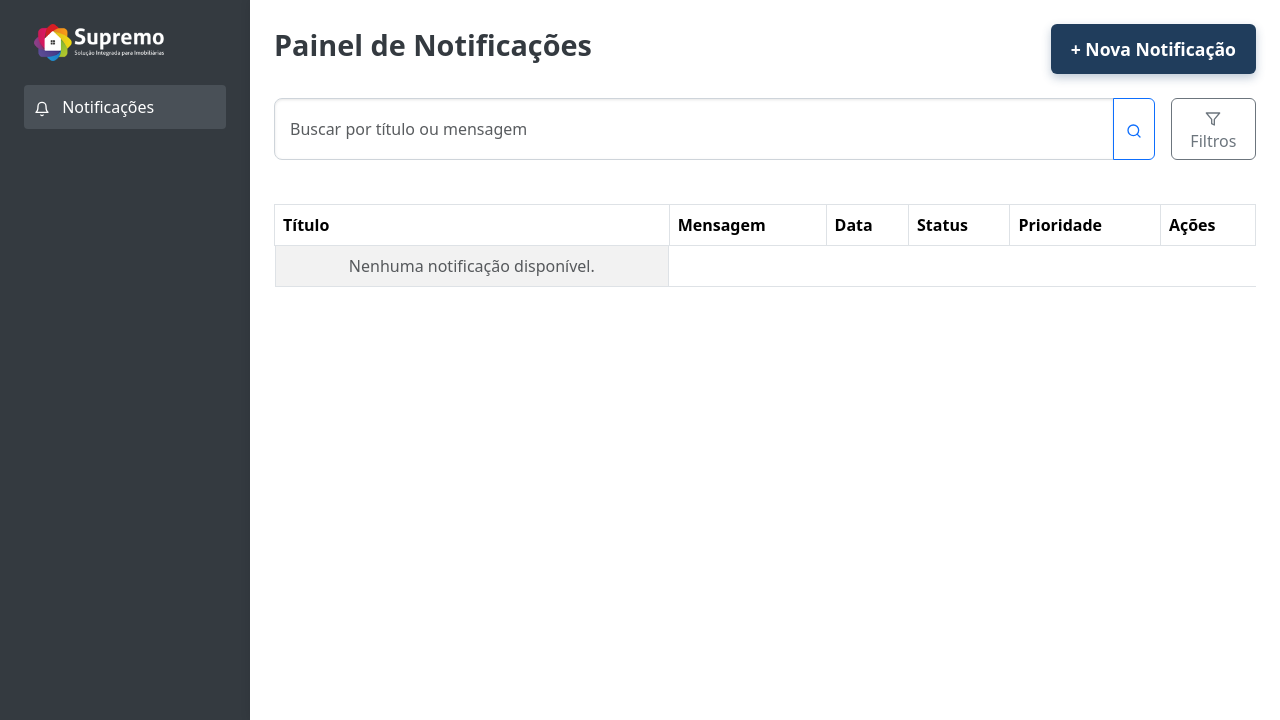
Repository: ryanmarinhodev/Supremo-teste-tecnico
Page: /notifications
An editor plug-in stored every save of this project. The page is shown before and after the next save, followed by the edit.
The browser window is 1280 px wide. The pictures show the whole page.
The project was rebuilt for these pictures with package versions that can differ from the ones it lists, and the page was loaded fresh each time. Also part of the build but not shown: src/App.css, src/Components/Login/index.jsx.

Above is the page before, as saved 2024-11-07 19:47:45.

### src/App.js
import { BrowserRouter, Routes, Route } from "react-router-dom";
import "./App.css";
import Login from "./Components/Login";
import NotificationsPage from "./Components/Notifications/homeNotification";

const App = () => {
  return (
    <BrowserRouter>
      <Routes>
        <Route path="/" element={<Login />} />
        <Route path="/notifications" element={<NotificationsPage />} />
      </Routes>
    </BrowserRouter>
  );
};

export default App;

### src/Components/Notifications/homeNotification.jsx
import React, { useState } from "react";
import Menu from "./menu";
import Buscar from "./buscar";
import TabelaNotificacoes from "./tabelaNotificacoes";
import ModalNotificacao from "./modalNotificacao";
import "./notification.css";
import { Button } from "react-bootstrap";

const HomeNotification = () => {
  const [notifications, setNotifications] = useState([]);
  const [showModal, setShowModal] = useState(false);
  const [search, setSearch] = useState("");
  const [currentNotification, setCurrentNotification] = useState({
    id: null,
    title: "",
    message: "",
    date: "",
    status: "Não Lida",
    priority: "Normal",
  });

  const getCurrentDate = () => {
    const today = new Date();
    return today.toISOString().split("T")[0];
  };

  const openModal = (
    notification = {
      title: "",
      message: "",
      date: getCurrentDate(),
      status: "Não Lida",
      priority: "Normal",
    }
  ) => {
    setCurrentNotification(notification);
    setShowModal(true);
  };

  const closeModal = () => {
    setShowModal(false);
    setCurrentNotification({
      id: null,
      title: "",
      message: "",
      date: getCurrentDate(),
      status: "Não Lida",
      priority: "Normal",
    });
  };

  const handleChange = (e) => {
    const { name, value } = e.target;
    setCurrentNotification((prev) => ({ ...prev, [name]: value }));
  };

  const handleSubmit = () => {
    if (currentNotification.id) {
      setNotifications((prev) =>
        prev.map((notif) =>
          notif.id === currentNotification.id ? currentNotification : notif
        )
      );
    } else {
      setNotifications((prev) => [
        ...prev,
        { ...currentNotification, id: Date.now() },
      ]);
    }
    closeModal();
  };

  const handleDelete = (id) => {
    setNotifications((prev) => prev.filter((notif) => notif.id !== id));
  };

  const markAsRead = (id) => {
    setNotifications((prev) =>
      prev.map((notif) =>
        notif.id === id ? { ...notif, status: "Lida" } : notif
      )
    );
  };

  const filteredNotifications = notifications.filter(
    (notif) =>
      notif.title.toLowerCase().includes(search.toLowerCase()) ||
      notif.message.toLowerCase().includes(search.toLowerCase())
  );
  return (
    <div className="dashboard-container d-flex">
      <Menu />
      <div className="content flex-grow-1 p-4">
        <header className="d-flex justify-content-between align-items-center mb-4">
          <h2 className="page-title">Painel de Notificações</h2>
          <Button variant="primary" onClick={() => openModal()}>
            + Nova Notificação
          </Button>
        </header>

        <Buscar search={search} setSearch={setSearch} />

        <TabelaNotificacoes
          notifications={filteredNotifications}
          openModal={openModal}
          handleDelete={handleDelete}
          markAsRead={markAsRead}
        />

        <ModalNotificacao
          showModal={showModal}
          closeModal={closeModal}
          currentNotification={currentNotification}
          handleChange={handleChange}
          handleSubmit={handleSubmit}
        />
      </div>
    </div>
  );
};

export default HomeNotification;

### src/Components/Login/styles.css
:root {
    --primary-color: #203d5c;
    --secondary-color: #adb5bd;
    --hover-color: #182533;
    --background-overlay: rgba(0, 0, 0, 0.4);
    --box-shadow: 0 4px 10px rgba(47, 84, 122, 0.3);
}

.login-container {
    background: url('https://wallpapers.com/images/hd/4k-architecture-yellow-glass-building-6d7nbmyltxlyxxv8.jpg') no-repeat center center;
    background-size: cover;
    min-height: 100vh;
    padding: 20px;
    display: flex;
    align-items: center;
    justify-content: center;
    position: relative;
}

.login-container::before {
    content: '';
    position: absolute;
    top: 0;
    left: 0;
    right: 0;
    bottom: 0;
    background: var(--background-overlay);
    z-index: 1;
}

.login-card {
    width: 100%;
    max-width: 600px;
    background-color: #ffff;
    border-radius: 12px;
    box-shadow: var(--box-shadow);
    border: 1px solid rgba(0, 0, 0, 0.05);
    transition: transform 0.3s ease, box-shadow 0.3s ease;
    position: relative;
    z-index: 2;
    padding: 40px;
    animation: fadeIn 0.6s ease;
    align-items: center;
    text-align: center;
}

.login-card:hover {
    transform: translateY(-5px);
    box-shadow: 0 15px 40px rgba(0, 0, 0, 0.3);
}


.logo {
    width: 100px;
    height: auto;
    margin-bottom: 20px;
}

.text-center {
    display: flex;
    flex-direction: column;
    align-items: center;
}

.login-title {
    font-size: 2rem;
    font-weight: 700;
    color: #000;
    margin-top: 10px;
    margin-bottom: 10px;
    font-family: 'Poppins', sans-serif;
}

.title-underline {
    width: 60px;
    height: 4px;
    background-color: #495f75;
    margin: 0 auto 20px auto;
    border-radius: 2px;
}

.subtitle {
    font-size: 1rem;
    color: #e0e0e0;
    text-align: center;
    margin-bottom: 30px;
    font-weight: 400;
}


.form-control {
    border-radius: 8px;
    padding: 15px;
    font-size: 1rem;
    border: 1px solid #ced4da;
    box-shadow: inset 0 1px 3px rgba(0, 0, 0, 0.1);
    transition: border-color 0.3s ease, box-shadow 0.3s ease;
}

.form-control:focus {
    border-color: var(--primary-color);
    box-shadow: 0 0 0 0.2rem rgba(89, 124, 161, 0.25);
}

/* Botão de login com estilo profissional */
.btn-primary {
    background-color: var(--primary-color);
    border: none;
    font-size: 1.1rem;
    font-weight: 600;
    padding: 12px 20px;
    border-radius: 6px;
    transition: background-color 0.3s ease, transform 0.2s ease;
    box-shadow: var(--box-shadow);
}

.btn-primary:hover {
    background-color: var(--hover-color);
    transform: scale(1.03);
}

/* Link "Esqueci a senha" com estilo sutil */
.text-secondary {
    color: var(--secondary-color) !important;
    font-size: 0.9rem;
}

.text-secondary:hover {
    color: #000 !important;
    text-decoration: underline;
}

/* Altera a cor de fundo e da borda do checkbox quando marcado */
.form-check-input:checked {
    background-color: var(--hover-color);
    border-color: var(--secondary-color);
}

.form-check-input:focus {
    box-shadow: none;
}

/* Efeito de transição suave ao aparecer o card */
@keyframes fadeIn {
    from {
        opacity: 0;
        transform: scale(0.9);
    }
    to {
        opacity: 1;
        transform: scale(1);
    }
}

@media (max-width: 768px) {
    .login-card {
        max-width: 90%;
        padding: 20px;
        border-radius: 8px;
    }

    .login-title {
        font-size: 1.5rem;
    }

    .subtitle {
        font-size: 0.9rem;
    }

    .logo {
        width: 80px;
    }

    .form-control {
        padding: 10px;
        font-size: 0.9rem;
    }

    .btn-primary {
        font-size: 1rem;
        padding: 10px;
    }

    .title-underline {
        width: 50px;
        height: 3px;
    }
}

### src/Components/Notifications/menu.jsx
import React from "react";
import { FiBell } from "react-icons/fi";
import Logo from "../../assets/logo-supremo-branco.png";

const Sidebar = () => (
  <aside className="sidebar p-4">
    <img src={Logo} alt="Logotipo Supremo" className="logo" />
    <ul className="nav flex-column mt-4">
      <li className="nav-item mb-2">
        <a href="/notifications" className="nav-link active">
          <FiBell className="me-2" /> Notificações
        </a>
      </li>
    </ul>
  </aside>
);

export default Sidebar;

### src/Components/Notifications/buscar.jsx
import React from "react";
import { InputGroup, FormControl, Button } from "react-bootstrap";
import { FiSearch, FiFilter } from "react-icons/fi";

const BarraBusca = ({ search, setSearch }) => (
  <div className="d-flex mb-4">
    <InputGroup className="me-2">
      <FormControl
        placeholder="Buscar por título ou mensagem"
        value={search}
        onChange={(e) => setSearch(e.target.value)}
      />
      <Button variant="outline-primary">
        <FiSearch />
      </Button>
    </InputGroup>
    <Button variant="outline-secondary" className="ms-2">
      <FiFilter /> Filtros
    </Button>
  </div>
);

export default BarraBusca;

### src/Components/Notifications/tabelaNotificacoes.jsx
import React from "react";
import { Table, Button, Badge } from "react-bootstrap";
import { FiEdit, FiTrash2, FiCheckCircle } from "react-icons/fi";

const TabelaNotificacoes = ({
  notifications,
  openModal,
  handleDelete,
  markAsRead,
}) => (
  <Table striped bordered hover responsive>
    <thead>
      <tr>
        <th>Título</th>
        <th>Mensagem</th>
        <th>Data</th>
        <th>Status</th>
        <th>Prioridade</th>
        <th>Ações</th>
      </tr>
    </thead>
    <tbody>
      {notifications.length > 0 ? (
        notifications.map((notification) => (
          <tr key={notification.id}>
            <td>{notification.title}</td>
            <td>{notification.message}</td>
            <td>{notification.date}</td>
            <td>
              <Badge
                bg={notification.status === "Não Lida" ? "warning" : "success"}
              >
                {notification.status}
              </Badge>
            </td>
            <td>
              <Badge bg={notification.priority === "Alta" ? "danger" : "info"}>
                {notification.priority}
              </Badge>
            </td>
            <td>
              <Button
                variant="outline-secondary"
                size="sm"
                className="me-2"
                onClick={() => openModal(notification)}
              >
                <FiEdit /> Editar
              </Button>
              <Button
                variant="outline-danger"
                size="sm"
                onClick={() => handleDelete(notification.id)}
              >
                <FiTrash2 /> Excluir
              </Button>
              {notification.status === "Não Lida" && (
                <Button
                  variant="outline-success"
                  size="sm"
                  className="ms-2"
                  onClick={() => markAsRead(notification.id)}
                >
                  <FiCheckCircle /> Marcar como Lida
                </Button>
              )}
            </td>
          </tr>
        ))
      ) : (
        <tr>
          <td colSpan="6" className="text-center text-muted">
            Nenhuma notificação disponível.
          </td>
        </tr>
      )}
    </tbody>
  </Table>
);

export default TabelaNotificacoes;

### src/Components/Notifications/modalNotificacao.jsx
import React from "react";
import { Modal, Button, Form } from "react-bootstrap";

const ModalNotificacao = ({
  showModal,
  closeModal,
  currentNotification,
  handleChange,
  handleSubmit,
}) => {
  return (
    <Modal show={showModal} onHide={closeModal}>
      <Modal.Header closeButton>
        <Modal.Title>
          {currentNotification.id
            ? "Editar Notificação"
            : "Cadastrar Notificação"}
        </Modal.Title>
      </Modal.Header>
      <Modal.Body>
        <Form>
          <Form.Group className="mb-3">
            <Form.Label>Título</Form.Label>
            <Form.Control
              type="text"
              placeholder="Título da Notificação"
              name="title"
              value={currentNotification.title}
              onChange={handleChange}
            />
          </Form.Group>
          <Form.Group className="mb-3">
            <Form.Label>Mensagem</Form.Label>
            <Form.Control
              as="textarea"
              rows={3}
              placeholder="Mensagem da Notificação"
              name="message"
              value={currentNotification.message}
              onChange={handleChange}
            />
          </Form.Group>
          <Form.Group className="mb-3">
            <Form.Label>Data de Envio</Form.Label>
            <Form.Control
              type="date"
              name="date"
              value={currentNotification.date}
              onChange={handleChange}
            />
          </Form.Group>
          <Form.Group className="mb-3">
            <Form.Label>Prioridade</Form.Label>
            <Form.Select
              name="priority"
              value={currentNotification.priority}
              onChange={handleChange}
            >
              <option value="Normal">Normal</option>
              <option value="Alta">Alta</option>
            </Form.Select>
          </Form.Group>
        </Form>
      </Modal.Body>
      <Modal.Footer>
        <Button variant="secondary" onClick={closeModal}>
          Cancelar
        </Button>
        <Button variant="primary" onClick={handleSubmit}>
          {currentNotification.id ? "Salvar Alterações" : "Cadastrar"}
        </Button>
      </Modal.Footer>
    </Modal>
  );
};

export default ModalNotificacao;

### src/Components/Notifications/notification.css
.dashboard-container {
    display: flex;
    min-height: 100vh;
    background-color: #f8f9fa;
  }

  .sidebar {
    width: 250px;
    background-color: #343a40;
    color: #fff;
    height: 100vh;
  }

.logo {
    width: 130px;
    display: flex;
    margin-left: 10px;
}

  .sidebar h4 {
    font-size: 1.4rem;
    font-weight: bold;
    color: #fff;
  }

  .sidebar .nav-link {
    color: #ced4da;
    padding: 10px;
    font-weight: 500;
  }

  .sidebar .nav-link:hover,
  .sidebar .nav-link.active {
    background-color: #495057;
    color: #fff;
    border-radius: 4px;
  }

  .content {
    flex-grow: 1;
    padding: 20px 40px;
    background-color: #ffffff;
    box-shadow: 0px 0px 10px rgba(0, 0, 0, 0.1);
  }

  .page-title {
    font-size: 1.8rem;
    font-weight: bold;
    color: #343a40;
  }

  .table {
    margin-top: 20px;
  }

  button {
    transition: background-color 0.3s ease, box-shadow 0.2s ease;
  }

  button:hover {
    box-shadow: 0px 4px 8px rgba(0, 0, 0, 0.15);
  }


  /* Responsividade: Oculta a sidebar e ajusta o conteúdo em telas menores */
@media (max-width: 768px) {
  .sidebar {
    width: 100%;
    height: auto;
    transform: translateX(-100%);
    position: absolute;
    top: 0;
    left: 0;
  }

  .sidebar.active {
    transform: translateX(0);
  }

  .content {
    margin-left: 0;
    padding: 20px;
  }
}

/* Botão de alternância da sidebar */
.sidebar-toggle {
  display: none;
}

@media (max-width: 768px) {
  .sidebar-toggle {
    display: block;
    background-color: #343a40;
    color: #fff;
    position: fixed;
    top: 10px;
    left: 10px;
    z-index: 1100;
  }
}

.page-title {
  font-size: 1.8rem;
  font-weight: bold;
  color: #343a40;
}

/* Ajuste da fonte do título em telas pequenas */
@media (max-width: 768px) {
  .page-title {
    font-size: 1.5rem;
  }
}

/* Barra de busca e botão */
.button-container {
  display: flex;
  justify-content: space-between;
  align-items: center;
  margin-bottom: 20px;
}

/* Estilo para a tabela */
.table {
  margin-top: 20px;
}

button {
  transition: background-color 0.3s ease, box-shadow 0.2s ease;
}

button:hover {
  box-shadow: 0px 4px 8px rgba(0, 0, 0, 0.15);
}


@media (max-width: 768px) {
    .sidebar {
      width: 100%;
      height: auto;
      transform: translateX(-100%);
      position: absolute;
      top: 0;
      left: 0;
    }

    .sidebar.active {
      transform: translateX(0);
    }

    .content {
      margin-left: 0;
      padding: 20px;
    }
  }

  .sidebar-toggle {
    display: none;
  }

  @media (max-width: 768px) {
    .sidebar-toggle {
      display: block;
      background-color: #343a40;
      color: #fff;
      position: fixed;
      top: 10px;
      left: 10px;
      z-index: 1100;
    }
  }

  .page-title {
    font-size: 1.8rem;
    font-weight: bold;
    color: #343a40;
  }

  @media (max-width: 768px) {
    .page-title {
      font-size: 1.5rem;
    }
  }

  .button-container {
    display: flex;
    justify-content: space-between;
    align-items: center;
    margin-bottom: 20px;
  }

  /* Estilo para a tabela */
  .table {
    margin-top: 20px;
  }

  button {
    transition: background-color 0.3s ease, box-shadow 0.2s ease;
  }

  button:hover {
    box-shadow: 0px 4px 8px rgba(0, 0, 0, 0.15);
  }

  .footer {
    background-color: #343a40; /* Cor de fundo escura */
    color: white; /* Texto branco */
    text-align: center; /* Centraliza o texto */
    padding: 20px 0; /* Espaçamento em cima e embaixo */
    position: relative; /* Para posicionamento */
    bottom: 0; /* Fica fixo na parte inferior da página */
    width: 100%; /* Largura total */
  }

  .footer-content p {
    margin: 0; /* Remove margem padrão */
  }

  .footer-content a {
    color: #007bff; /* Cor do link */
    text-decoration: none; /* Remove sublinhado */
  }

  .footer-content a:hover {
    text-decoration: underline; /* Sublinha o link ao passar o mouse */
  }

### src/Components/Notifications/footer.jsx
import React from "react";
import "./notification.css"; // Certifique-se de criar este arquivo para estilos

const Footer = () => {
  const portfolioLink = "https://portfolio-ryann.netlify.app/";

  return (
    <footer className="footer">
      <div className="footer-content">
        <p>
          Desenvolvido com ♥ por [Seu Nome] |{" "}
          <a href={portfolioLink} target="_blank" rel="noopener noreferrer">
            Visite meu portfólio
          </a>
        </p>
      </div>
    </footer>
  );
};

export default Footer;

Loaded but not shown: public/index.html (common file); src/index.js (common file); src/index.css (common file); src/reportWebVitals.js (common file)

After the next save:
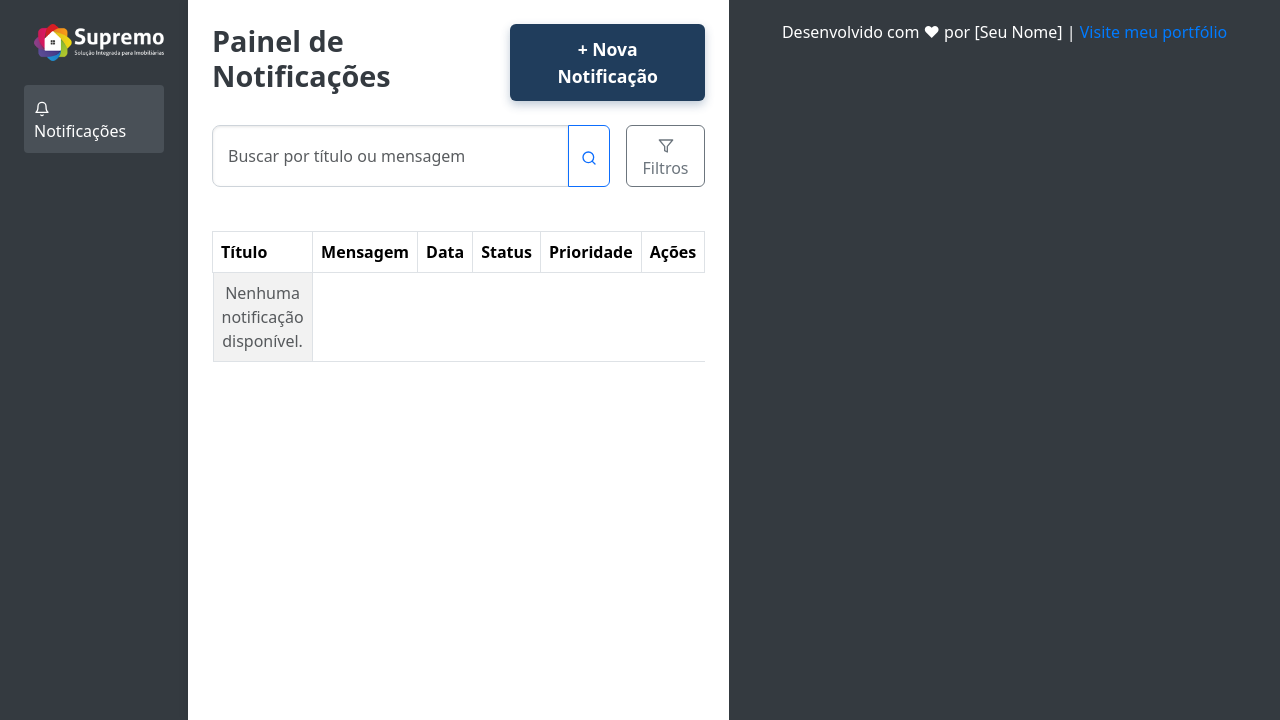
Saved 65 s later.
--- a/src/Components/Notifications/homeNotification.jsx
+++ b/src/Components/Notifications/homeNotification.jsx
@@ -3,6 +3,7 @@ import Menu from "./menu";
 import Buscar from "./buscar";
 import TabelaNotificacoes from "./tabelaNotificacoes";
 import ModalNotificacao from "./modalNotificacao";
+import Footer from "./footer";
 import "./notification.css";
 import { Button } from "react-bootstrap";
 
@@ -115,6 +116,7 @@ const HomeNotification = () => {
           handleSubmit={handleSubmit}
         />
       </div>
+      <Footer />
     </div>
   );
 };
